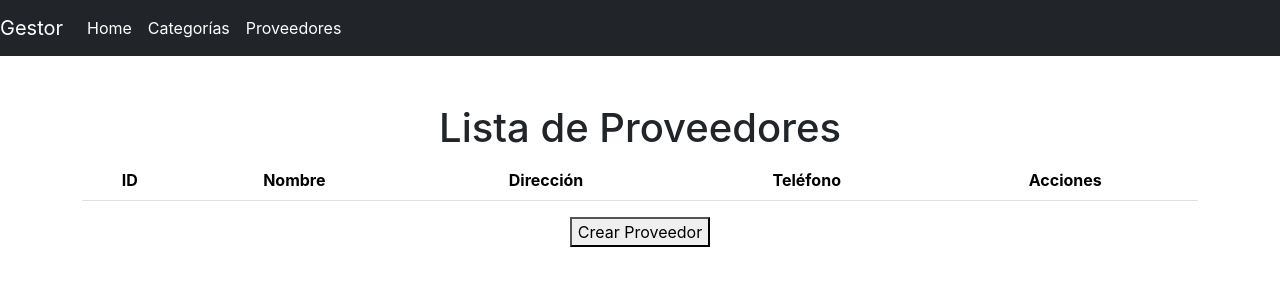
Repository: SantiagoGuaman/gestor-app
Page: /providers
These files come from the project's save history. The page is drawn as it stood at one moment and after the next save; the edit follows.
The browser window is 1280 px wide. The pictures show the whole page.
The page's requests for data from a server got no answer. The project was rebuilt for these pictures with package versions that can differ from the ones it lists, and the page was loaded fresh each time. No one was signed in, and anything a server would have sent is missing. Also part of the build but not shown: src/App.css, src/Categories/GetDataCategories.js, src/HomePage/HomePage.js.

Above is the page before, as saved 2024-02-15 09:34:01.

After the next save:
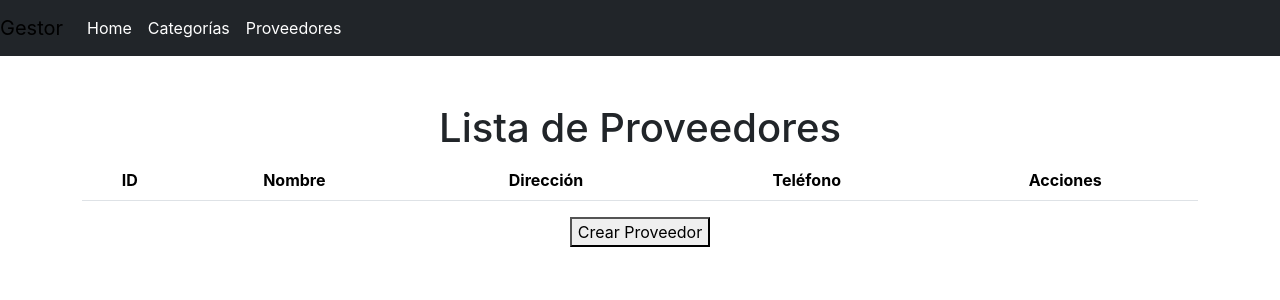
Saved 8 s later.
--- a/src/NavBar/NavBar.js
+++ b/src/NavBar/NavBar.js
@@ -5,7 +5,7 @@ import './NavBar.css';
 function NavBar() {
     return (
         <nav className="navbar navbar-expand-lg navbar-light bg-dark lg">
-            <Link className="navbar-brand" to="/" style={{ color: '#FFFFFF' }}>Gestor</Link>
+            <Link className="navbar-brand" to="/">Gestor</Link>
             <button className="navbar-toggler" type="button" data-toggle="collapse" data-target="#navbarNav" aria-controls="navbarNav" aria-expanded="false" aria-label="Toggle navigation">
                 <span className="navbar-toggler-icon"></span>
             </button>
